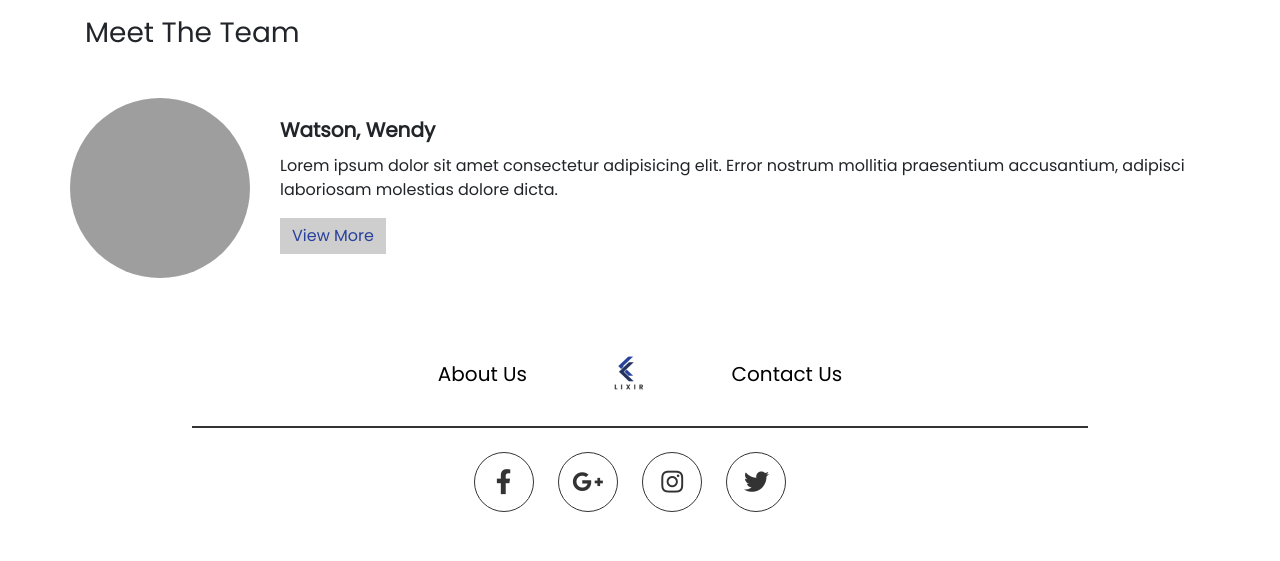
Repository: phiiileo/lit-page
Page: team-page.html
These files come from the project's save history. The page is drawn as it stood at one moment and after a run of saves; the edit follows.
The browser window is 1280 px wide. The pictures show the whole page.
Pictures or frames that could not be fetched are drawn as grey boxes. Some web libraries are served in a nearby version.

Above is the page before, as saved 2019-12-04 21:28:47.

After the next 3 saves:
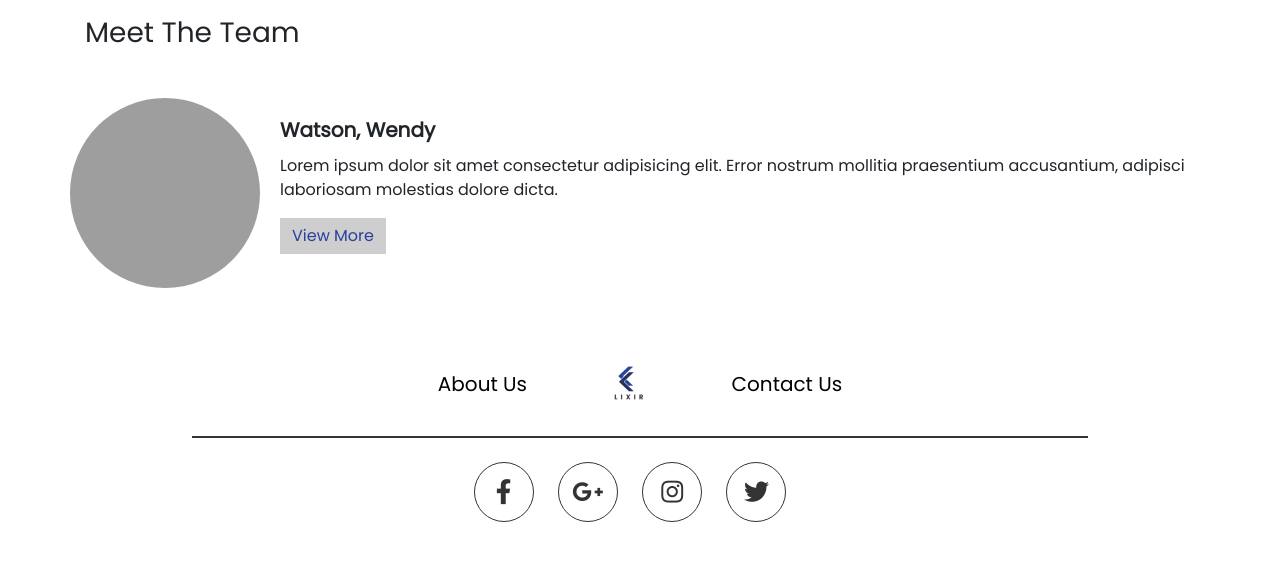
The 3 saves are shown as one change because they came seconds apart.
The last was saved 25 s later.
--- a/css/team-page.css
+++ b/css/team-page.css
@@ -5,8 +5,8 @@
   font-family: "Poppins", sans-serif;
 }
 .team-image{
-    width: 180px;
-    height: 180px;
+    width: 190px;
+    height: 190px;
     border-radius: 50%;
 }
 
